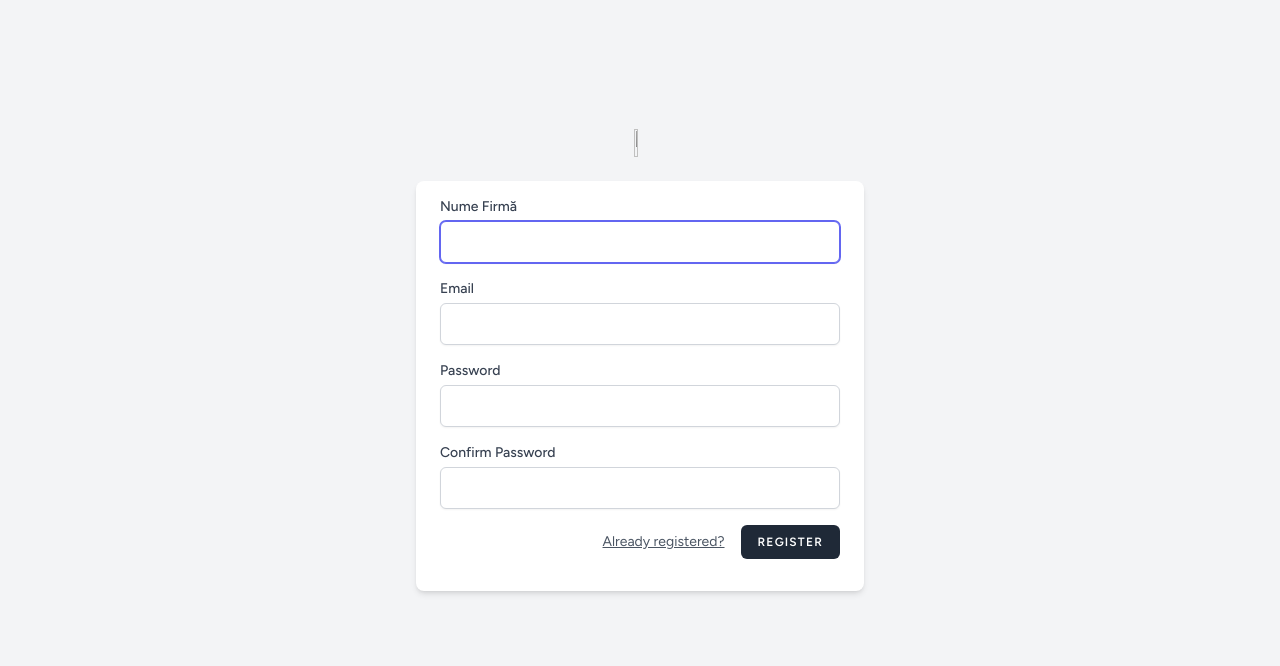
Repository: cosmin05072018/fantastic-events-manager
Page: http://localhost/register
These files come from the project's save history. The page is drawn as it stood at one moment and after the next save; the edit follows.
The browser window is 1280 px wide. The pictures show the whole page.
The page is served by the project's Laravel application, run on PHP 8.4 with Laravel 10. Style sheets and scripts are compiled from the project's sources, by tool versions that may differ from the author's.

Above is the page before, as saved 2024-11-03 17:59:03.

After the next save:
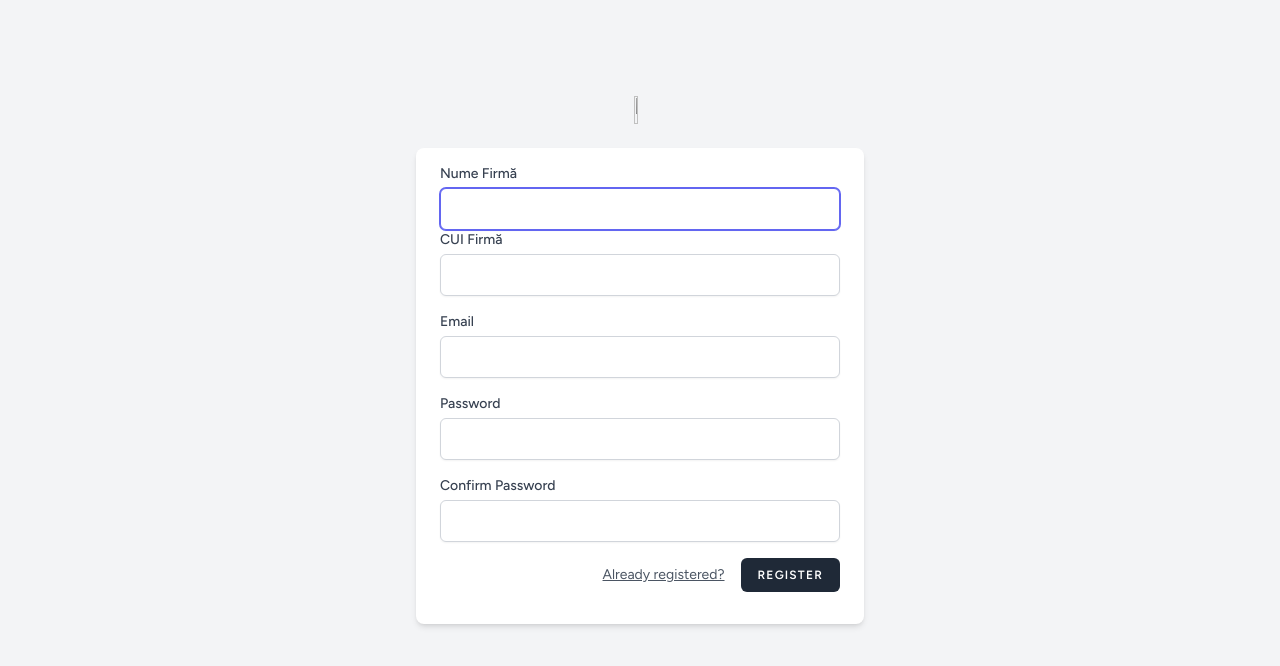
Saved 37 s later.
--- a/resources/views/auth/register.blade.php
+++ b/resources/views/auth/register.blade.php
@@ -11,9 +11,16 @@
     <form method="POST" action="{{ route('register') }}">
         @csrf
 
-        <!-- Name -->
+        <!-- Nume Firmă -->
         <div>
             <x-input-label for="name" :value="__('Nume Firmă')" />
+            <x-text-input id="name" class="block mt-1 w-full" type="text" name="name" :value="old('name')" required autofocus autocomplete="name" />
+            <x-input-error :messages="$errors->get('name')" class="mt-2" />
+        </div>
+
+        <!-- CUI Firmă -->
+        <div>
+            <x-input-label for="name" :value="__('CUI Firmă')" />
             <x-text-input id="name" class="block mt-1 w-full" type="text" name="name" :value="old('name')" required autofocus autocomplete="name" />
             <x-input-error :messages="$errors->get('name')" class="mt-2" />
         </div>
